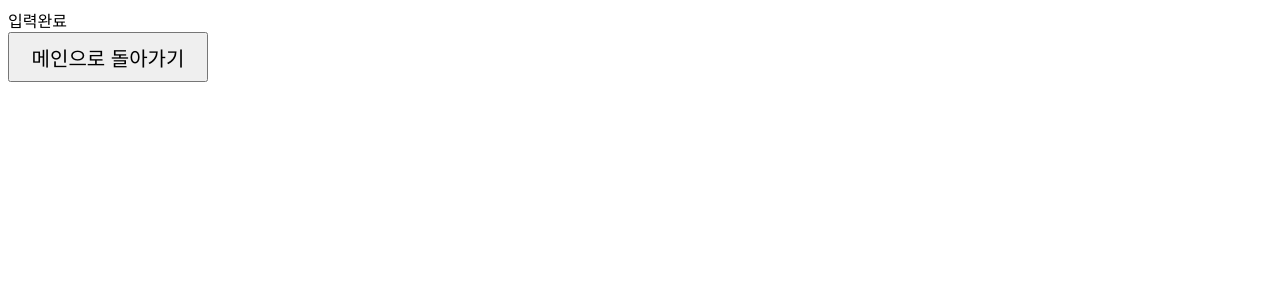
Repository: hus0124/M-IT
Page: http://localhost/pocketMoneyDiary/create.jsp
These files come from the project's save history. The page is drawn as it stood at one moment and after the next save; the edit follows.
The browser window is 1280 px wide. The pictures show the whole page.
The page is served by Tomcat 9.

Above is the page before, as saved 2020-01-02 06:14:53.

After the next save:
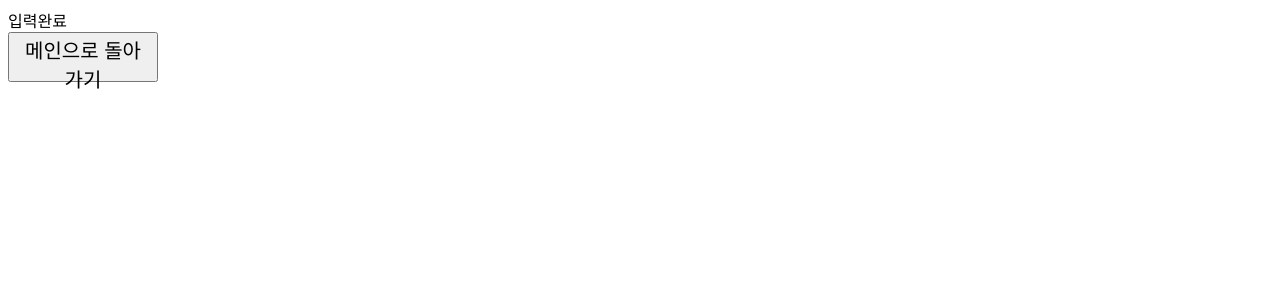
Saved 94 s later.
--- a/JSP_Workspaces/pocketMoneyDiary/WebContent/create.jsp
+++ b/JSP_Workspaces/pocketMoneyDiary/WebContent/create.jsp
@@ -9,7 +9,7 @@
 <body>
 <form action="result.jsp" method="post">
 입력완료<br>
-<a href = "result.jsp"><button style="width:200px;height:50px;font-size:20px;">메인으로 돌아가기</button>
+<a href = "result.jsp"><button style="width:150px;height:50px;font-size:20px;">메인으로 돌아가기</button>
 </a>
 <input type = "hidden" value="admin" name = "id">
 <input type = "hidden" value="1234" name = "pw">
